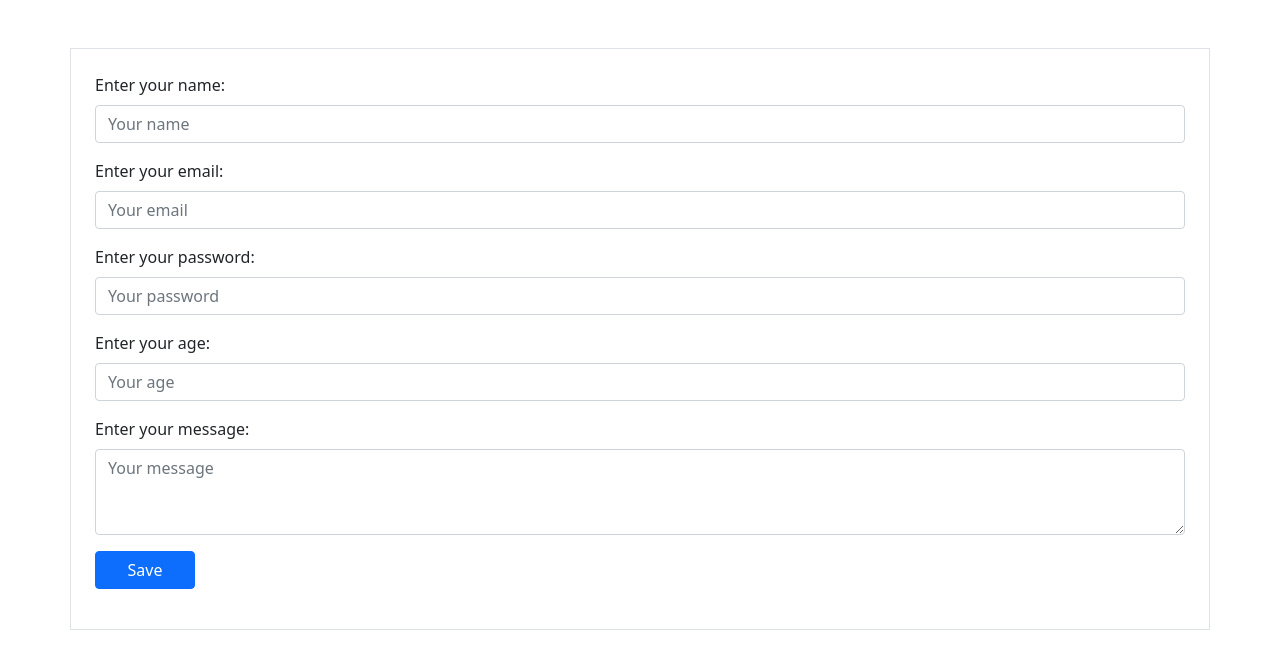
Repository: Abdulahi338/mp3-player-using-js
Page: Bootstrap/form.html
An editor plug-in stored every save of this project. The page is shown before and after a run of saves, followed by the edit.
The browser window is 1280 px wide. The pictures show the whole page.

Above is the page before, as saved 2025-02-01 14:35:00.

After the next 2 saves:
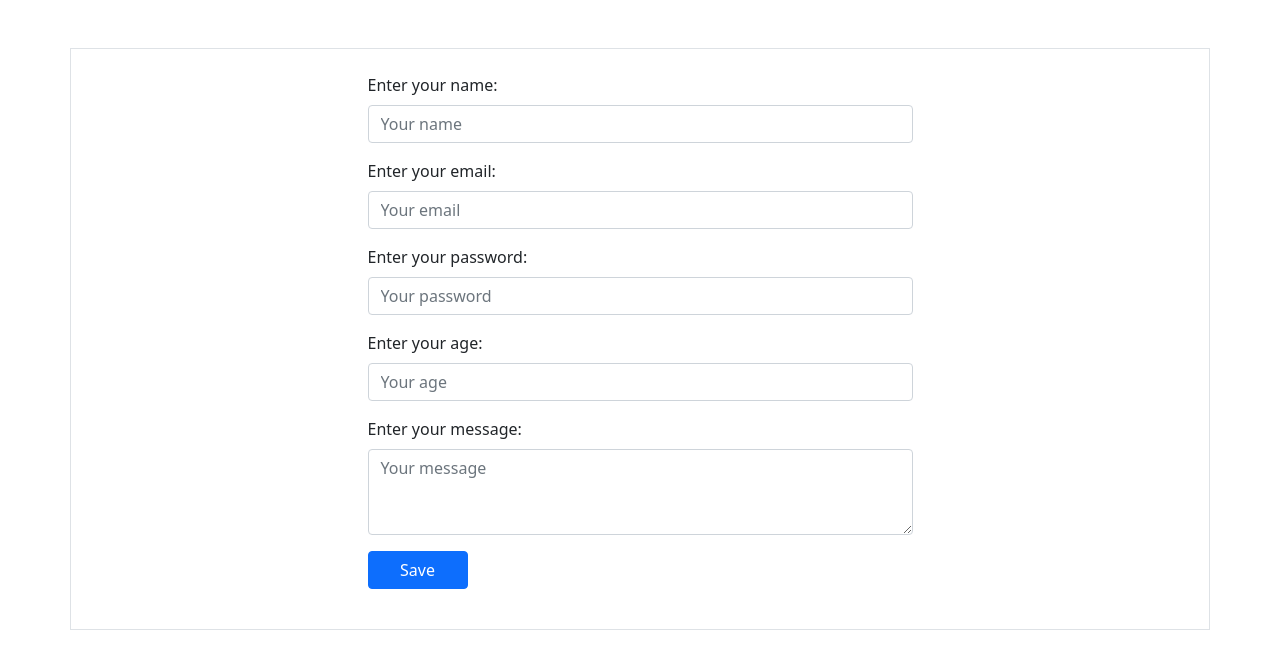
The 2 saves are shown as one change because they came seconds apart.
The last was saved 14 s later.
--- a/Bootstrap/form.html
+++ b/Bootstrap/form.html
@@ -8,7 +8,7 @@
 </head>
 <body>
     <div class="container my-5 bg-white border p-4">
-        <div class="col-12 mx-auto">
+        <div class="col-6 mx-auto">
             <form action="">
                 <!-- Name Input -->
                 <div class="mb-3">
